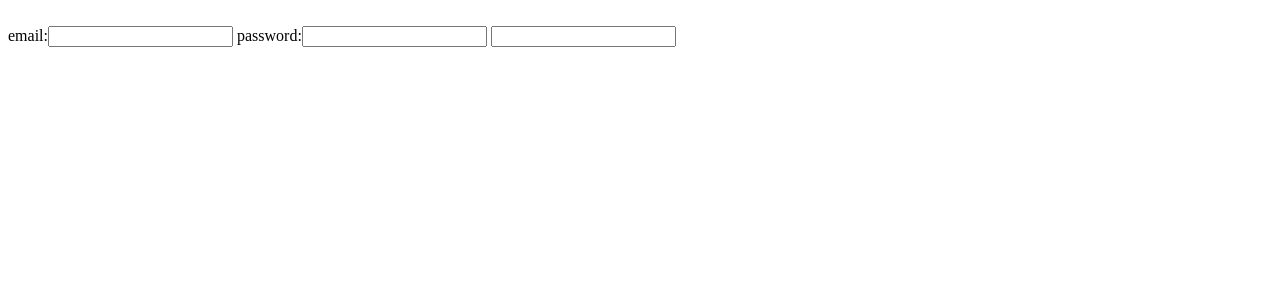
Repository: Ganesh9986320435/AllProjectsFromYestYantra
Page: http://localhost/jspproject2/login.jsp
An editor plug-in stored every save of this project. The page is shown before and after the next save, followed by the edit.
The browser window is 1280 px wide. The pictures show the whole page.
The page is served by Tomcat 9. Other server files are loaded and not shown.

Above is the page before, as saved 2023-01-30 09:16:57.

### jspproject2/src/main/webapp/login.jsp
<%@ page language="java" contentType="text/html; charset=UTF-8"
    pageEncoding="UTF-8"%>
<!DOCTYPE html>
<html>
<head>
<meta charset="UTF-8">
<title>Insert title here</title>
</head>
<body>
<%String message=(String)request.getAttribute("message"); %>
<%if(message!=null){ %>
successfully signed in
<%} %><br>
<form action="login" method="post">

email:<input type="email" name="email">
password:<input type="text" name="password">
<input>













</form>
</body>
</html>

After the next save:
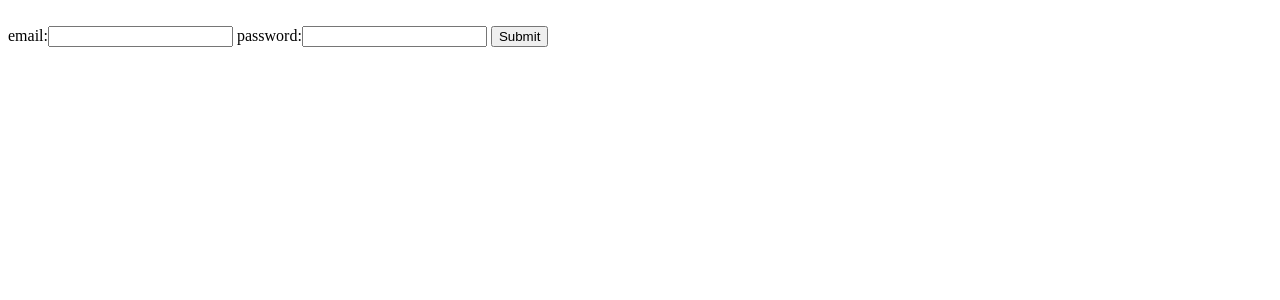
Saved 4 s later.
--- a/jspproject2/src/main/webapp/login.jsp
+++ b/jspproject2/src/main/webapp/login.jsp
@@ -15,7 +15,7 @@ successfully signed in
 
 email:<input type="email" name="email">
 password:<input type="text" name="password">
-<input>
+<input type="submit">
 
 
 
